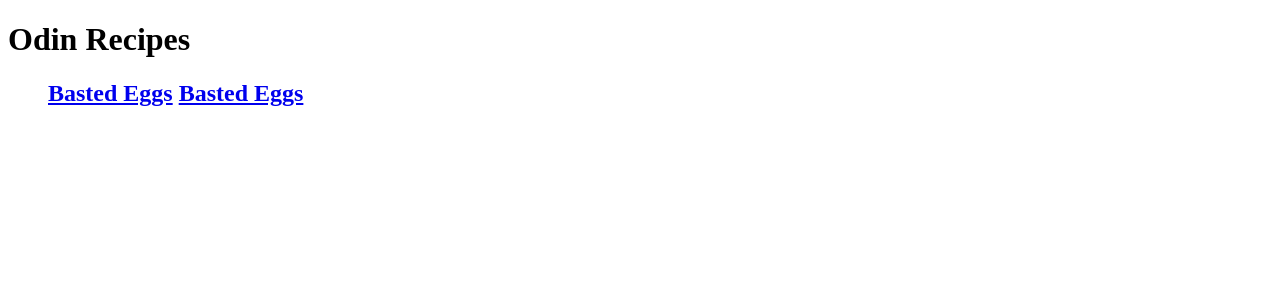
Repository: rickypcyt/odinproyect-recipes-web
Page: index.html
An editor plug-in stored every save of this project. The page is shown before and after the next save, followed by the edit.
The browser window is 1280 px wide. The pictures show the whole page.

Above is the page before, as saved 2022-09-20 16:51:25.

### index.html
<!DOCTYPE html>
<html lang="en">
  <head>
    <meta charset="UTF-8" />
    <meta http-equiv="X-UA-Compatible" content="IE=edge" />
    <meta name="viewport" content="width=device-width, initial-scale=1.0" />
    <title>Odin recipes</title>
  </head>
  <body>
    <h1>Odin Recipes</h1>
    <ol>
      <h2>
        <a href="recipes/BastedEggs.html">Basted Eggs</a>
        <a href="recipes/BastedEggs.html">Basted Eggs</a>
      </h2>
    </ol>
  </body>
</html>

After the next save:
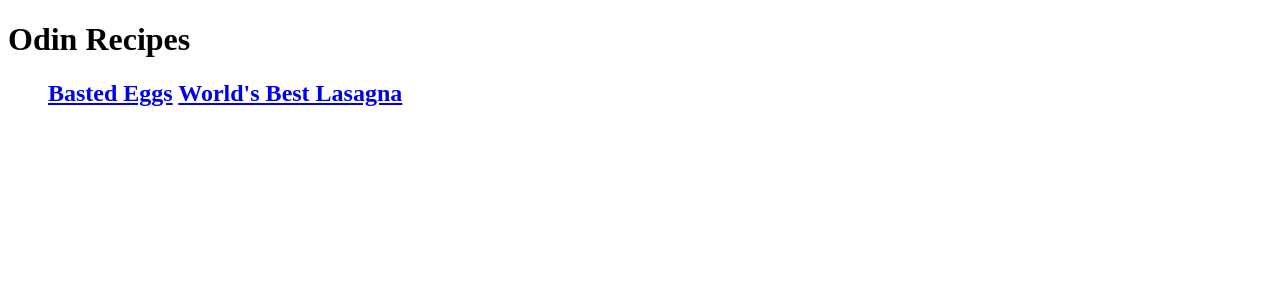
Saved 5 s later.
--- a/index.html
+++ b/index.html
@@ -11,7 +11,7 @@
     <ol>
       <h2>
         <a href="recipes/BastedEggs.html">Basted Eggs</a>
-        <a href="recipes/BastedEggs.html">Basted Eggs</a>
+        <a href="recipes/BastedEggs.html">World's Best Lasagna</a>
       </h2>
     </ol>
   </body>
